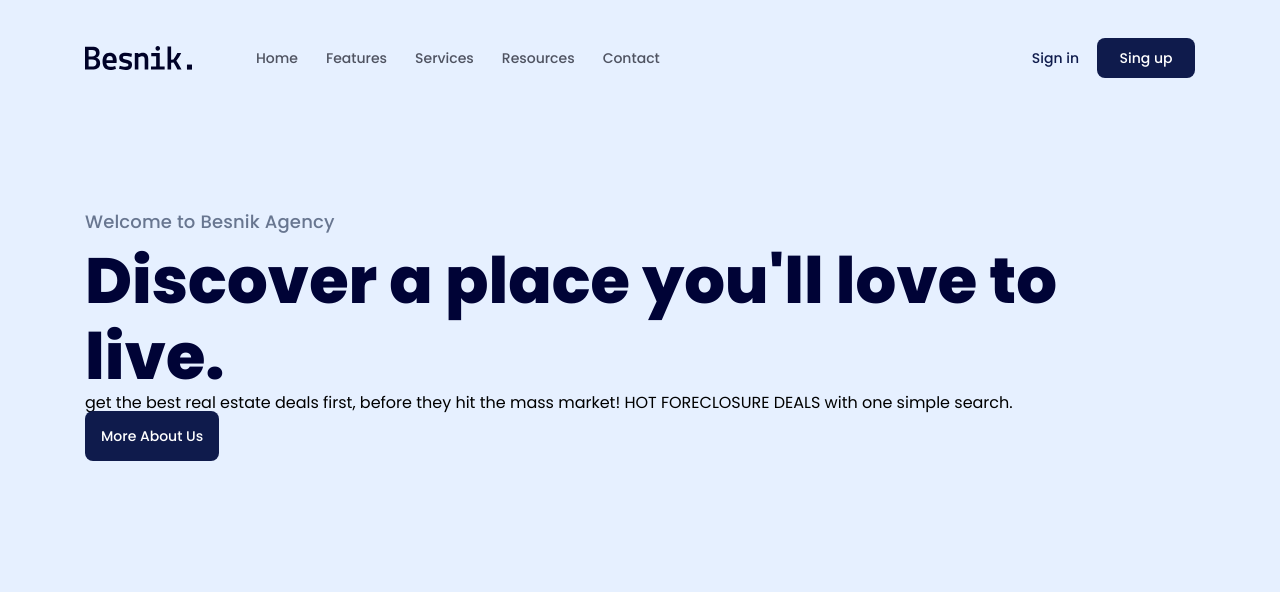
Repository: anhtien111198/f8-htmlcss-01
Page: index.html
An editor plug-in stored every save of this project. The page is shown before and after the next save, followed by the edit.
The browser window is 1280 px wide. The pictures show the whole page.

Above is the page before, as saved 2023-04-29 15:50:46.

### index.html
<!DOCTYPE html>
<html lang="en">
    <head>
        <meta charset="UTF-8" />
        <meta http-equiv="X-UA-Compatible" content="IE=edge" />
        <meta name="viewport" content="width=device-width, initial-scale=1.0" />
        <title>F8 project 01</title>
        <link rel="stylesheet" href="./assets/css/reset.css" />
        <link rel="stylesheet" href="./assets/fonts/stylesheet.css" />
        <link rel="stylesheet" href="./assets/css/styles.css" />
    </head>
    <body>
        <main>
            <header class="header">
                <div class="content">
                    <nav class="navbar">
                        <!-- logo -->
                        <img src="./assets/img/logo.svg" alt="Besnik." />
                        <!-- Navigation -->
                        <ul>
                            <li>
                                <a href="#!">Home</a>
                            </li>
                            <li>
                                <a href="#!">Features</a>
                            </li>
                            <li>
                                <a href="#!">Services</a>
                            </li>
                            <li>
                                <a href="#!">Resources</a>
                            </li>
                            <li>
                                <a href="#!">Contact</a>
                            </li>
                        </ul>
                        <!-- Action -->
                        <div class="action">
                            <a href="#!" class="action-link">Sign in</a>
                            <a href="#!" class="btn action-btn">Sing up</a>
                        </div>
                    </nav>

                    <div class="hero">
                        <div class="info">
                            <p class="sub-title">Welcome to Besnik Agency</p>
                            <h1 class="title">
                                Discover a place you'll love to live.
                            </h1>
                            <p class="desc">
                                get the best real estate deals first, before
                                they hit the mass market! HOT FORECLOSURE DEALS
                                with one simple search.
                            </p>
                            <a href="#!" class="btn">More About Us</a>
                        </div>
                    </div>
                </div>
            </header>
        </main>
    </body>
</html>

### assets/fonts/stylesheet.css
@font-face {
    font-family: "Poppins";
    src: url("Poppins/Poppins-Black.woff2") format("woff2"),
        url("Poppins/Poppins-Black.woff") format("woff");
    font-weight: 900;
    font-style: normal;
    font-display: swap;
}

@font-face {
    font-family: "Poppins";
    src: url("Poppins/Poppins-Bold.woff2") format("woff2"),
        url("Poppins/Poppins-Bold.woff") format("woff");
    font-weight: bold;
    font-style: normal;
    font-display: swap;
}

@font-face {
    font-family: "Poppins";
    src: url("Poppins/Poppins-BlackItalic.woff2") format("woff2"),
        url("Poppins/Poppins-BlackItalic.woff") format("woff");
    font-weight: 900;
    font-style: italic;
    font-display: swap;
}

@font-face {
    font-family: "Poppins";
    src: url("Poppins/Poppins-BoldItalic.woff2") format("woff2"),
        url("Poppins/Poppins-BoldItalic.woff") format("woff");
    font-weight: bold;
    font-style: italic;
    font-display: swap;
}

@font-face {
    font-family: "Poppins";
    src: url("Poppins/Poppins-ExtraBoldItalic.woff2") format("woff2"),
        url("Poppins/Poppins-ExtraBoldItalic.woff") format("woff");
    font-weight: bold;
    font-style: italic;
    font-display: swap;
}

@font-face {
    font-family: "Poppins";
    src: url("Poppins/Poppins-ExtraBold.woff2") format("woff2"),
        url("Poppins/Poppins-ExtraBold.woff") format("woff");
    font-weight: bold;
    font-style: normal;
    font-display: swap;
}

@font-face {
    font-family: "Poppins";
    src: url("Poppins/Poppins-ExtraLight.woff2") format("woff2"),
        url("Poppins/Poppins-ExtraLight.woff") format("woff");
    font-weight: 200;
    font-style: normal;
    font-display: swap;
}

@font-face {
    font-family: "Poppins";
    src: url("Poppins/Poppins-ExtraLightItalic.woff2") format("woff2"),
        url("Poppins/Poppins-ExtraLightItalic.woff") format("woff");
    font-weight: 200;
    font-style: italic;
    font-display: swap;
}

@font-face {
    font-family: "Poppins";
    src: url("Poppins/Poppins-LightItalic.woff2") format("woff2"),
        url("Poppins/Poppins-LightItalic.woff") format("woff");
    font-weight: 300;
    font-style: italic;
    font-display: swap;
}

@font-face {
    font-family: "Poppins";
    src: url("Poppins/Poppins-Light.woff2") format("woff2"),
        url("Poppins/Poppins-Light.woff") format("woff");
    font-weight: 300;
    font-style: normal;
    font-display: swap;
}

@font-face {
    font-family: "Poppins";
    src: url("Poppins/Poppins-Italic.woff2") format("woff2"),
        url("Poppins/Poppins-Italic.woff") format("woff");
    font-weight: normal;
    font-style: italic;
    font-display: swap;
}

@font-face {
    font-family: "Poppins";
    src: url("Poppins/Poppins-Regular.woff2") format("woff2"),
        url("Poppins/Poppins-Regular.woff") format("woff");
    font-weight: normal;
    font-style: normal;
    font-display: swap;
}

@font-face {
    font-family: "Poppins";
    src: url("Poppins/Poppins-MediumItalic.woff2") format("woff2"),
        url("Poppins/Poppins-MediumItalic.woff") format("woff");
    font-weight: 500;
    font-style: italic;
    font-display: swap;
}

@font-face {
    font-family: "Poppins";
    src: url("Poppins/Poppins-SemiBoldItalic.woff2") format("woff2"),
        url("Poppins/Poppins-SemiBoldItalic.woff") format("woff");
    font-weight: 600;
    font-style: italic;
    font-display: swap;
}

@font-face {
    font-family: "Poppins";
    src: url("Poppins/Poppins-Thin.woff2") format("woff2"),
        url("Poppins/Poppins-Thin.woff") format("woff");
    font-weight: 100;
    font-style: normal;
    font-display: swap;
}

@font-face {
    font-family: "Poppins";
    src: url("Poppins/Poppins-Medium.woff2") format("woff2"),
        url("Poppins/Poppins-Medium.woff") format("woff");
    font-weight: 500;
    font-style: normal;
    font-display: swap;
}

@font-face {
    font-family: "Poppins";
    src: url("Poppins/Poppins-SemiBold.woff2") format("woff2"),
        url("Poppins/Poppins-SemiBold.woff") format("woff");
    font-weight: 600;
    font-style: normal;
    font-display: swap;
}

@font-face {
    font-family: "Poppins";
    src: url("Poppins/Poppins-ThinItalic.woff2") format("woff2"),
        url("Poppins/Poppins-ThinItalic.woff") format("woff");
    font-weight: 100;
    font-style: italic;
    font-display: swap;
}

### assets/css/styles.css
* {
    box-sizing: border-box;
}
:root {
    --primary-color: #0f1b4c;
}
html {
    font-size: 62.5%;
}
body {
    font-size: 1.6rem;
    font-family: "Poppins", sans-serif;
}
/* common */
a {
    text-decoration: none;
}
.content {
    width: 1110px;
    max-width: calc(100% - 48px);
    margin-left: auto;
    margin-right: auto;
}
.btn {
    display: inline-block;
    min-width: 98px;
    padding: 18px 16px;
    background: var(--primary-color);
    border-radius: 8px;
    font-weight: 500;
    font-size: 1.4rem;
    text-align: center;
    color: #ffffff;
}
.btn:hover {
    opacity: 0.9;
}
/* heder */
.header {
    background: #e6f0ff;
    height: 100vh;
}
.navbar {
    display: flex;
    align-items: center;
    padding-top: 38px;
}
.navbar ul {
    display: flex;
    margin-left: 50px;
    /* justify-content: center; */
}
.navbar .action {
    display: flex;
    align-items: center;
    margin-left: auto;
}
.navbar ul a {
    font-weight: 500;
    font-size: 1.4rem;
    color: #4f5361;
    padding: 8px 14px;
}
.navbar ul a:hover {
    text-decoration: underline;
}
.navbar .action-link {
    font-weight: 500;
    font-size: 1.4rem;
    color: var(--primary-color);
}
.navbar .action-btn {
    padding: 13px 16px;
    margin-left: 18px;
}
.hero {
    margin-top: 130px;
}
.hero .sub-title {
    font-weight: 500;
    font-size: 1.8rem;
    line-height: 1.5;
    letter-spacing: 0.01em;
    color: #687690;
}
.hero .title {
    margin-top: 8px;
    font-weight: 700;
    font-size: 6.4rem;
    line-height: 1.19;
    color: #000336;
}

Loaded but not shown: assets/css/reset.css (common file)

After the next save:
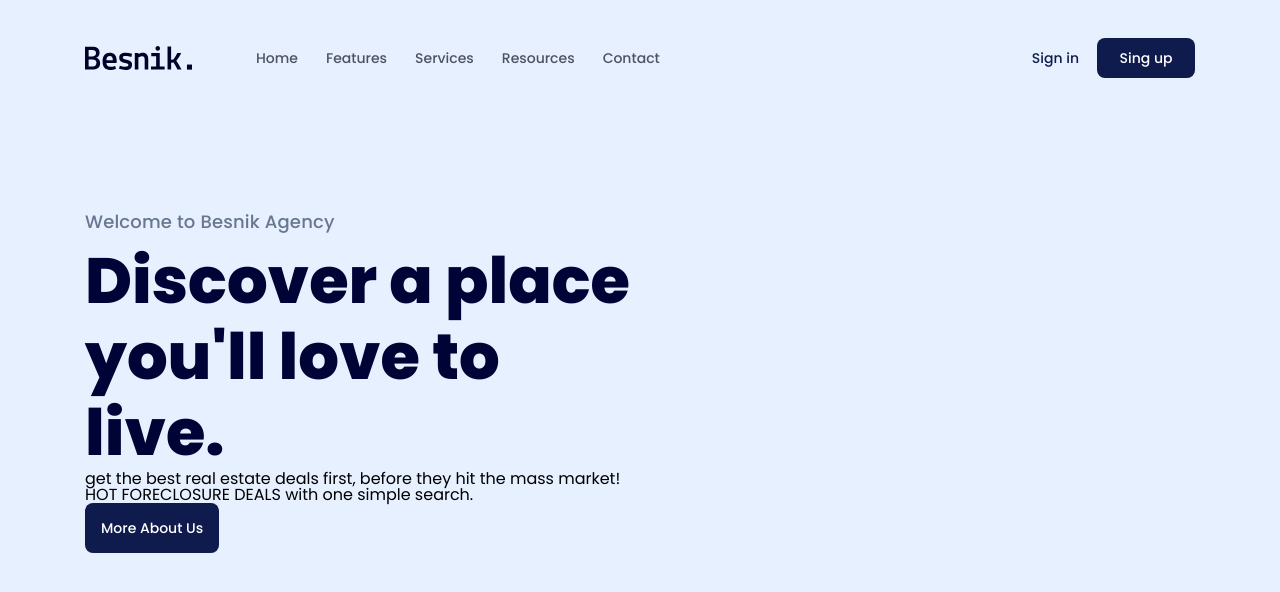
Saved 57 s later.
--- a/assets/css/styles.css
+++ b/assets/css/styles.css
@@ -76,6 +76,9 @@
 .hero {
     margin-top: 130px;
 }
+.hero .info {
+    width: 51%;
+}
 .hero .sub-title {
     font-weight: 500;
     font-size: 1.8rem;
